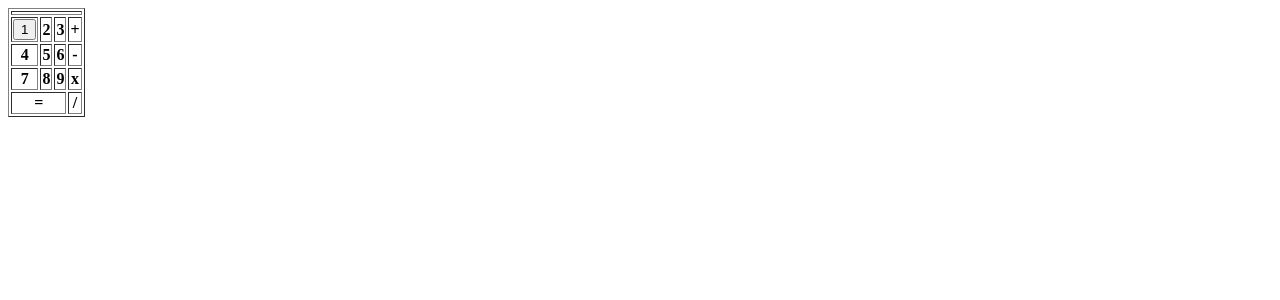
Repository: oUYUo/javaweb_and_javaBaseKnowLedge
Page: http://localhost/computer/
These files come from the project's save history. The page is drawn as it stood at one moment and after the next save; the edit follows.
The browser window is 1280 px wide. The pictures show the whole page.
The page is served by Tomcat 9.

Above is the page before, as saved 2018-02-27 09:01:09.

After the next save:
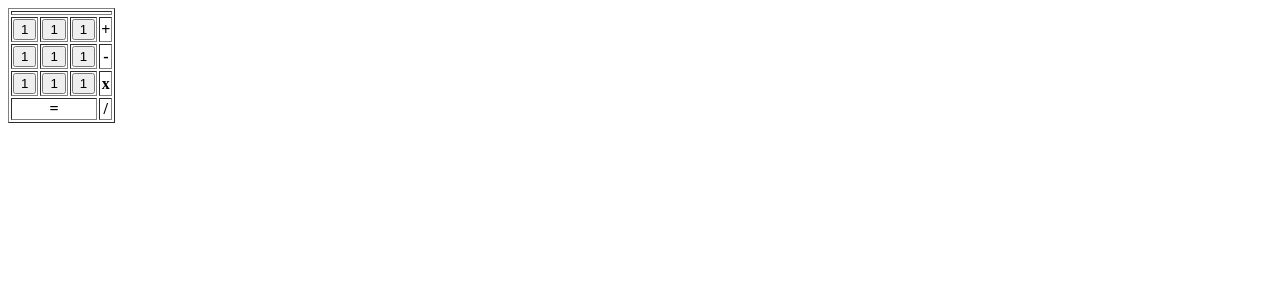
Saved 39 s later.
--- a/computer/WebContent/index.jsp
+++ b/computer/WebContent/index.jsp
@@ -15,20 +15,20 @@
 
   <tr>
     <th><input type="button" name="1" value="1"></th>
-    <th>2</th>
-    <th>3</th>
+    <th><input type="button" name="1" value="1"></th>
+    <th><input type="button" name="1" value="1"></th>
     <th>+</th>
   </tr>
   <tr>
-    <th>4</th>
-    <th>5</th>
-    <th>6</th>
+   <th><input type="button" name="1" value="1"></th>
+    <th><input type="button" name="1" value="1"></th>
+    <th><input type="button" name="1" value="1"></th>
     <th>-</th>
   </tr>
    <tr>
-    <th>7</th>
-    <th>8</th>
-    <th>9</th>
+      <th><input type="button" name="1" value="1"></th>
+    <th><input type="button" name="1" value="1"></th>
+    <th><input type="button" name="1" value="1"></th>
     <th>x</th>
   </tr>
   <tr>
